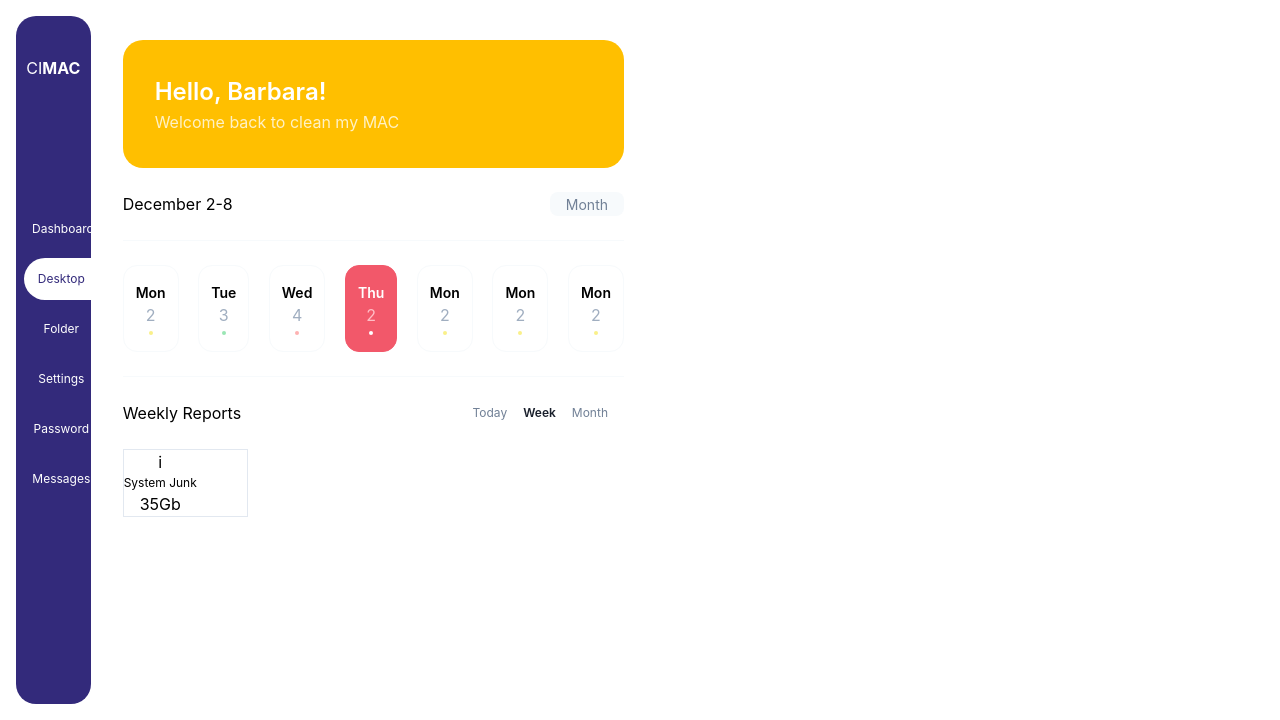
Repository: charleyvibez/experiment-Utility-software-UI
Page: index.html
These files come from the project's save history. The page is drawn as it stood at one moment and after a run of saves; the edit follows.
The browser window is 1280 px wide. The pictures show the whole page.

Above is the page before, as saved 2020-03-18 00:43:52.

### index.html
<!DOCTYPE html>
<html lang="en">
<head>
  <meta charset="UTF-8">
  <meta name="viewport" content="width=device-width, initial-scale=1.0">

  <link rel="stylesheet" href="tailwind.css">
  <link rel="stylesheet" href="index.css">
  <title>Document</title>
</head>
<body>
  <section class="flex">
     <aside class="w-1/12 p-4 h-screen">
      <div class="aside-container bg-gray-100 rounded-xl flex flex-col items-center h-full">
        <div class="logo pt-10 text-white">
          <h3>CI<span class="font-bold">MAC</span></h3>
        </div>

      <nav class="flex flex-col items-center text-xs mt-32 text-center text-white w-full pl-2">
        <div class="nav-item w-full pl-2 py-3 mb-2">Dashboard</div>
        <div class="nav-item w-full pl-2 py-3 mb-2 active-nav">Desktop</div>
        <div class="nav-item w-full pl-2 py-3 mb-2">Folder</div>
        <div class="nav-item w-full pl-2 py-3 mb-2">Settings</div>
        <div class="nav-item w-full pl-2 py-3 mb-2">Password</div>
        <div class="nav-item w-full pl-2 py-3 mb-2">Messages</div>
      </nav>
      </div>

    </aside>

  <main class="w-5/12 p-4 h-screen pt-10">
    <div class="main-container">
      <div class="hello p-8 h-32 yellow-bg rounded-xl flex flex-col justify-center">
        <h1 class="text-2xl font-semibold text-white">Hello, Barbara!</h1>
        <p class="yellow-text-support">Welcome back to clean my MAC</p>
      </div>
      <div class="date">
        <div class="heading flex justify-between border-b border-gray-100 py-6">
          <div class="heading-date-range">
            <Span> December 2-8</Span>
          </div>
          <div class="heading-month bg-gray-100 px-4 rounded-lg flex items-center">
            <span class="inline-block text-sm text-gray-600">Month</span>
          </div>
        </div>
        <div class="days flex justify-between py-6  border-b border-gray-100">
          <div class="day flex flex-col items-center py-4 px-3 border border-gray-100 rounded-lg">
            <h3 class="font-semibold text-sm">Mon</h3>
            <span class="text-gray-500">2</span>
            <span class="w-1 h-1 bg-yellow-300 rounded-full mt-1"></span>
          </div>
          <div class="day flex flex-col items-center py-4 px-3 border border-gray-100 rounded-lg">
            <h3 class="font-semibold text-sm">Tue</h3>
            <span class="text-gray-500">3</span>
            <span class="w-1 h-1 bg-green-300 rounded-full mt-1"></span>
          </div>
          <div class="day flex flex-col items-center py-4 px-3 border border-gray-100 rounded-lg">
            <h3 class="font-semibold text-sm">Wed</h3>
            <span class="text-gray-500">4</span>
            <span class="w-1 h-1 bg-red-300 rounded-full mt-1"></span>
          </div>
          <div class="day flex flex-col items-center py-4 px-3 border border-gray-100 rounded-lg active-day">
            <h3 class="font-semibold text-sm">Thu</h3>
            <span class="inline-block text-gray-500 day-number">2</span>
            <span class="inline-block w-1 h-1 bg-yellow-300 rounded-full mt-1 day-indicator"></span>
          </div>
          <div class="day flex flex-col items-center py-4 px-3 border border-gray-100 rounded-lg">
            <h3 class="font-semibold text-sm">Mon</h3>
            <span class="text-gray-500">2</span>
            <span class="w-1 h-1 bg-yellow-300 rounded-full mt-1"></span>
          </div>
          <div class="day flex flex-col items-center py-4 px-3 border border-gray-100 rounded-lg">
            <h3 class="font-semibold text-sm">Mon</h3>
            <span class="text-gray-500">2</span>
            <span class="w-1 h-1 bg-yellow-300 rounded-full mt-1"></span>
          </div>
          <div class="day flex flex-col items-center py-4 px-3 border border-gray-100 rounded-lg">
            <h3 class="font-semibold text-sm">Mon</h3>
            <span class="text-gray-500">2</span>
            <span class="w-1 h-1 bg-yellow-300 rounded-full mt-1"></span>
          </div>
        </div>
      </div>

       <div class="Reports">
        <div class="heading flex justify-between  py-6">
          <div class="heading-date-range">
            <Span class="font-normal"> Weekly Reports</Span>
          </div>
          <div class="heading-reports  px-4 rounded-lg flex items-center">
            <span class="inline-block text-gray-600 text-xs">Today</span>
            <span class="inline-block text-gray-900 ml-4 text-xs font-semibold">Week</span>
            <span class="inline-block text-gray-600 ml-4 text-xs">Month</span>
          </div>


        </div>
        <div class="junks">
          <div class="system-junk w-1/4 pr-4 border flex items-center">
           <div class="bg-white rounded-lg flex flex-col items-center">
             <span class="junk-icon">
              i
            </span>
            <h6 class="text-xs">System Junk</h6>
            <span>35Gb</span>
           </div>
          </div>
        </div>
       </div>
    </div>
  </main>
  </section>

</body>
</html>

### index.css
* {
  margin: 0;
  padding: 0;
  box-sizing: border-box;
}

.aside-container {
  background: #332a7b;
}
.active-nav {
  position: relative;
  background:white;
  color: #332a7b;
  border-bottom-left-radius: 30px;
  border-top-left-radius: 30px;
}

/* .active-nav:before {
  position: absolute;
  content: '';
  height: 30px;
  width: 30px;
  border-radius: 50%;
  top: -25px;
  right: 0;
  background: #332a7b;
} */

.rounded-xl {
  border-radius: 20px
}

.yellow-bg {
  background: #ffbf00;
}
.yellow-text-support {
  color: #fff1c5
}

.day {
  border-radius: 14px;
}

.active-day {
  background: #f2586a;
  border: 1px solid #f2586a
}

.active-day h3 {
  color: white;
  ;
}
.active-day .day-number {
  color: #ffbec6;
}
.active-day .day-indicator {
  background: white;
}

Loaded but not shown: tailwind.css (library)

After the next 6 saves:
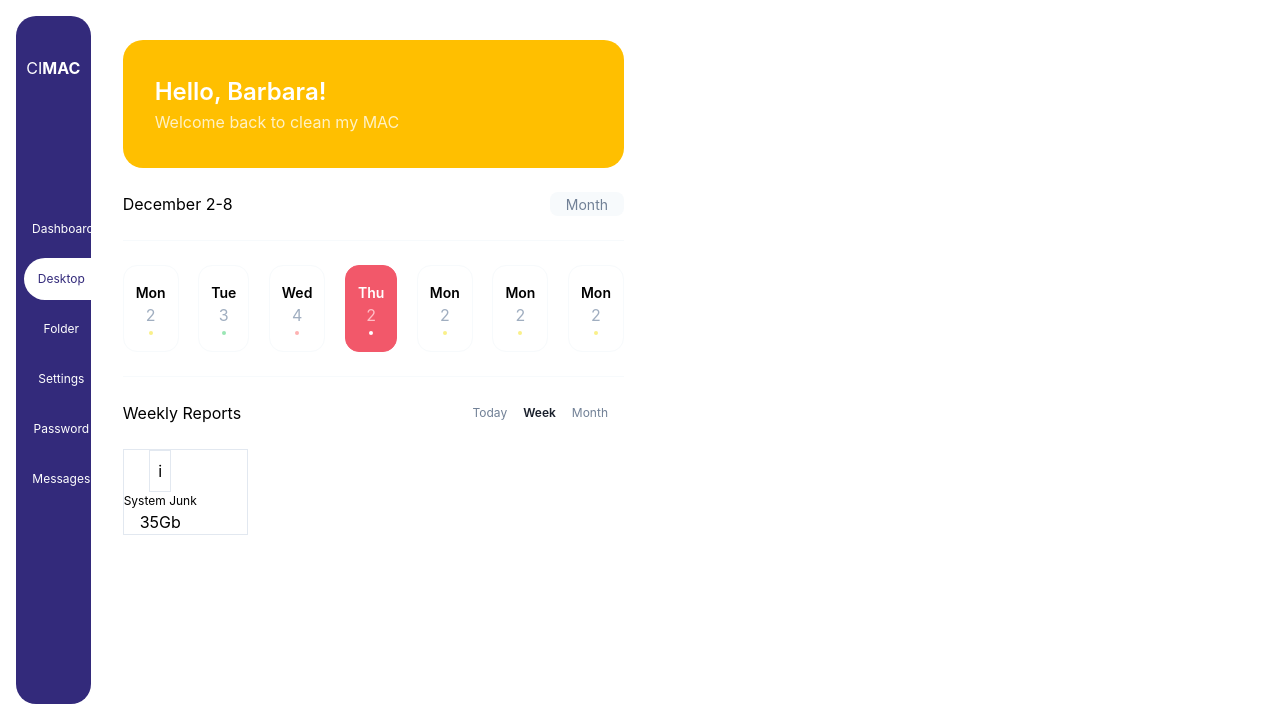
The 6 saves are shown as one change because they came seconds apart.
The last was saved 17 s later.
--- a/index.html
+++ b/index.html
@@ -98,7 +98,7 @@
         <div class="junks">
           <div class="system-junk w-1/4 pr-4 border flex items-center">
            <div class="bg-white rounded-lg flex flex-col items-center">
-             <span class="junk-icon">
+             <span class="junk-icon p-2 border">
               i
             </span>
             <h6 class="text-xs">System Junk</h6>
